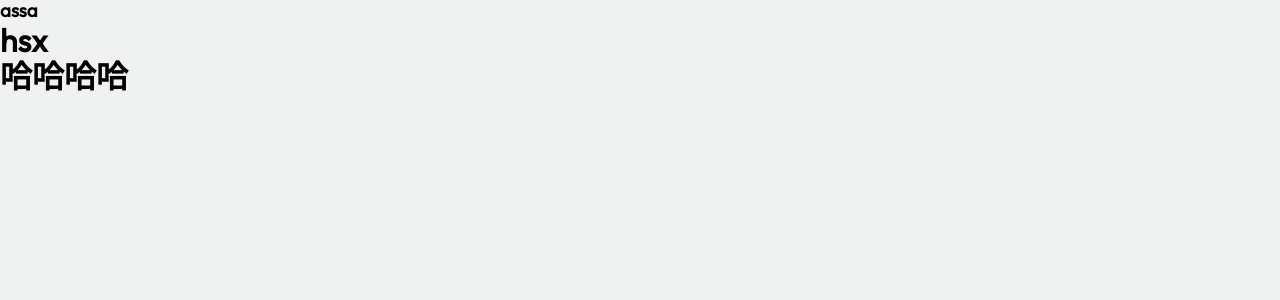
Repository: changesxxx/calendar
Page: /
The author's editor kept a copy of each file at every save. The page is drawn from the files as they stood at one save, then again after a run of saves.
The browser window is 1280 px wide. The pictures show the whole page.
The project was rebuilt for these pictures with package versions that can differ from the ones it lists, and the page was loaded fresh each time. Also part of the build but not shown: craco.config.js.

Above is the page before, as saved 2024-06-26 17:26:40.

### public/index.html
<!DOCTYPE html>
<html lang="en">

<head>
  <meta charset="utf-8" />
  <link rel="icon" href="%PUBLIC_URL%/favicon.ico" />
  <meta name="viewport" content="width=device-width, initial-scale=1" />
  <meta name="theme-color" content="#000000" />
  <meta name="description" content="Web site created using create-react-app" />
  <link rel="apple-touch-icon" href="%PUBLIC_URL%/logo192.png" />
  <!--
      manifest.json provides metadata used when your web app is installed on a
      user's mobile device or desktop. See https://developers.google.com/web/fundamentals/web-app-manifest/
    -->
  <link rel="manifest" href="%PUBLIC_URL%/manifest.json" />
  <!--
      Notice the use of %PUBLIC_URL% in the tags above.
      It will be replaced with the URL of the `public` folder during the build.
      Only files inside the `public` folder can be referenced from the HTML.

      Unlike "/favicon.ico" or "favicon.ico", "%PUBLIC_URL%/favicon.ico" will
      work correctly both with client-side routing and a non-root public URL.
      Learn how to configure a non-root public URL by running `npm run build`.
    -->
  <title>SearchBooks</title>
</head>

<body>
  <noscript>You need to enable JavaScript to run this app.</noscript>
  <div id="root"></div>
  <!--
      This HTML file is a template.
      If you open it directly in the browser, you will see an empty page.

      You can add webfonts, meta tags, or analytics to this file.
      The build step will place the bundled scripts into the <body> tag.

      To begin the development, run `npm start` or `yarn start`.
      To create a production bundle, use `npm run build` or `yarn build`.
    -->
</body>

</html>

### src/index.js
import React from 'react'

import ReactDOM from 'react-dom/client'

//css重置
import 'normalize.css'
import '@/assets/css/index.css'

import App from './App'

const root = ReactDOM.createRoot(document.getElementById('root'))

root.render(<App />)

### src/assets/css/index.css
@import './reset.css';
@import './common.css';

### src/App.jsx
import React, { memo } from 'react'

const App = memo(() => {
  return (
    <div>
      <h3>assa</h3>
      <h1>hsx</h1>
      <h1>哈哈哈哈</h1>
    </div>
  )
})

export default App

### src/assets/css/reset.css
/* 样式的重置 */
body,
html,
h1,
h2,
h3,
h4,
h5,
h6,
ul,
ol,
li,
dl,
dt,
dd,
header,
menu,
section,
p,
input,
td,
th,
ins {
  padding: 0;
  margin: 0;
}

ul,
ol,
li {
  list-style: none;
}

a {
  text-decoration: none;
  color: #666;
}

a:hover {
  color: #666;
  text-decoration: underline;
}

i,
em {
  font-style: normal;
}

input,
textarea,
button,
select,
a {
  outline: none;
  border: none;
}

table {
  border-collapse: collapse;
  border-spacing: 0;
}

img {
  border: none;
  vertical-align: middle;
}

### src/assets/css/common.css
body {
  background-color: #eff2f1;
  font-family: Outfit-Regular, 'Microsoft Yahei';
}

@font-face {
  font-family: Outfit-Regular;
  src: url('../font/Outfit-Regular.ttf');
}

After the next 4 saves:
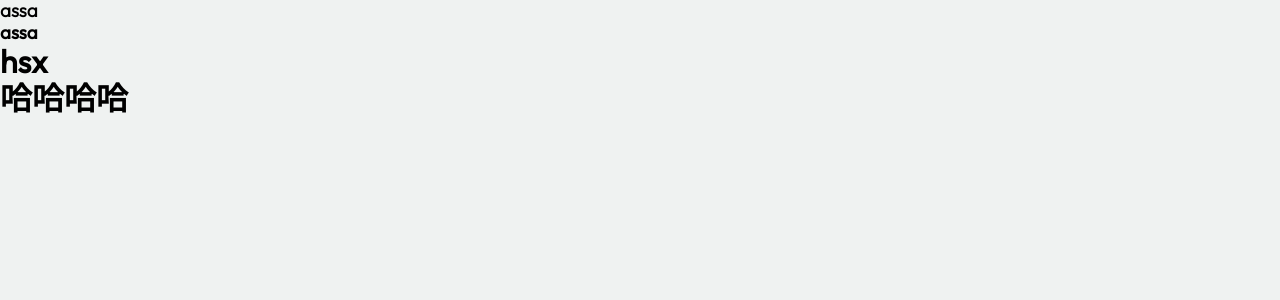
The 4 saves are shown as one change because 3 did not build or start.
The last was saved 75 s later.
--- a/src/App.jsx
+++ b/src/App.jsx
@@ -3,7 +3,9 @@ import React, { memo } from 'react'
 const App = memo(() => {
   return (
     <div>
+      <h3 style={{ fontFamily: 'Outfit-Light' }}>assa</h3>
       <h3>assa</h3>
+
       <h1>hsx</h1>
       <h1>哈哈哈哈</h1>
     </div>
--- a/src/assets/css/common.css
+++ b/src/assets/css/common.css
@@ -7,3 +7,8 @@ body {
   font-family: Outfit-Regular;
   src: url('../font/Outfit-Regular.ttf');
 }
+
+@font-face {
+  font-family: Outfit-Light;
+  src: url('../font/Outfit-Light.ttf');
+}
